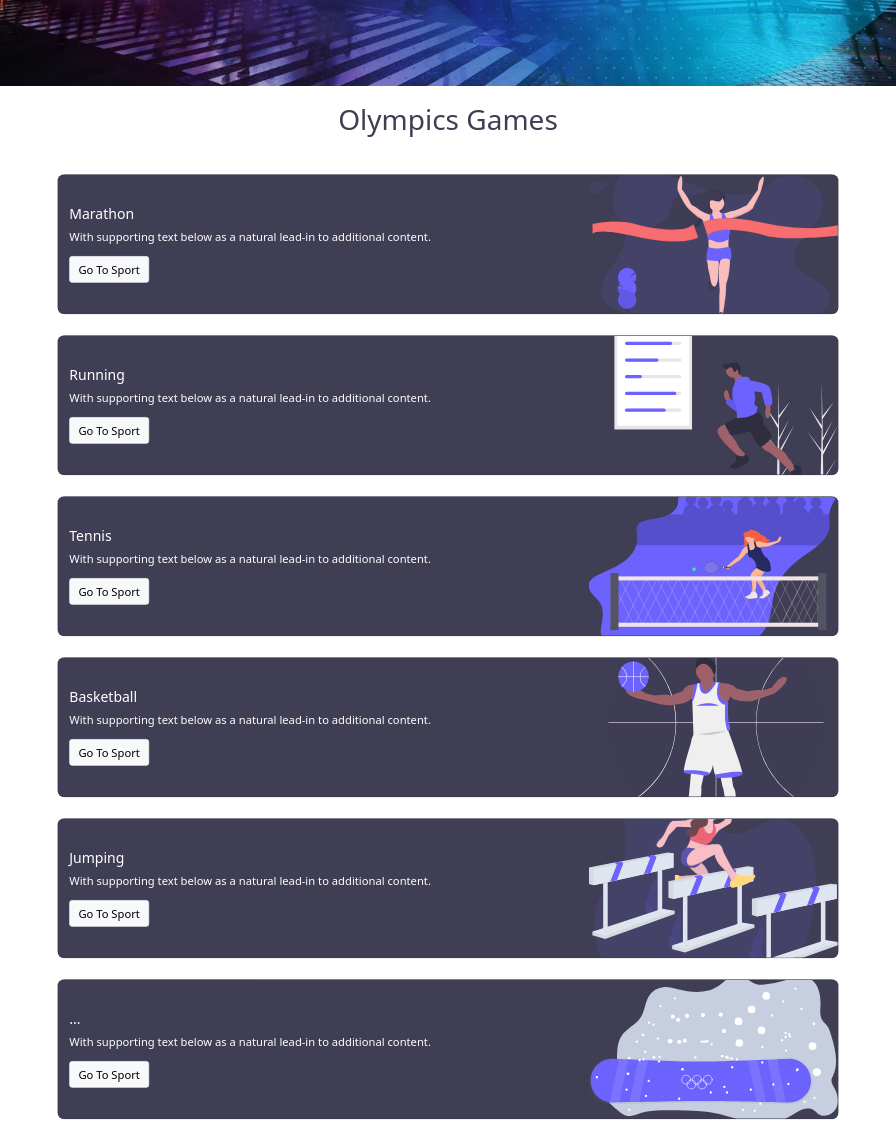
Repository: ahmedazawi/olympic_games
Page: client/views/index.html
These files come from the project's save history. The page is drawn as it stood at one moment and after the next save; the edit follows.
The browser window is 1280 px wide. The pictures show the part of the page from y = 597 to 2517 px (the page is 2226 px tall before and 2584 px after), at 70% of full size.

Above is the page before, as saved 2021-12-24 13:17:06.

### client/views/index.html
<!DOCTYPE html>
<html lang="en">

<head>
    <meta charset="UTF-8">
    <meta http-equiv="X-UA-Compatible" content="IE=edge">
    <meta name="viewport" content="width=device-width, initial-scale=1.0">
    <link href="https://cdn.jsdelivr.net/npm/bootstrap@5.1.3/dist/css/bootstrap.min.css" rel="stylesheet"
        integrity="sha384-1BmE4kWBq78iYhFldvKuhfTAU6auU8tT94WrHftjDbrCEXSU1oBoqyl2QvZ6jIW3" crossorigin="anonymous">
    <link rel="stylesheet" href="/css/index.css">
    <title>Home</title>
</head>

<body>
    <div class="background-img">
        <img src="/images/TOKYO-OLYMPICS-2020-1.jpeg">

    </div>

    <div class="body-container d-flex flex-column align-items-center w-100">
        <h1 class="m-4">Olympics Games</h1>
        <div class="container">
            <div class="row">
                <div class="col-12">
                    <div class="card w-100 d-flex flex-row align-items-center">
                        <div class="card-body">
                            <h5 class="card-title">Marathon</h5>
                            <p class="card-text">With supporting text below as a natural lead-in to additional content.
                            </p>
                            <a href="#" class="btn btn-light ">Go To Sport</a>
                        </div>
                        <div>
                            <img src="/svg/1.svg">
                        </div>
                    </div>

                    <div class="col-12">
                        <div class="card w-100 d-flex flex-row align-items-center">
                            <div class="card-body">
                                <h5 class="card-title">Running</h5>
                                <p class="card-text">With supporting text below as a natural lead-in to additional
                                    content.
                                </p>
                                <a href="#" class="btn btn-light ">Go To Sport</a>
                            </div>
                            <div>
                                <img src="/svg/2.svg">
                            </div>
                        </div>
                    </div>


                    <div class="col-12">
                        <div class="card w-100 d-flex flex-row align-items-center">
                            <div class="card-body">
                                <h5 class="card-title">Tennis</h5>
                                <p class="card-text">With supporting text below as a natural lead-in to additional
                                    content.
                                </p>
                                <a href="#" class="btn btn-light ">Go To Sport</a>
                            </div>
                            <div>
                                <img src="/svg/3.svg">
                            </div>
                        </div>
                    </div>

                    <div class="col-12">
                        <div class="card w-100 d-flex flex-row align-items-center">
                            <div class="card-body">
                                <h5 class="card-title">Basketball</h5>
                                <p class="card-text">With supporting text below as a natural lead-in to additional
                                    content.
                                </p>
                                <a href="#" class="btn btn-light ">Go To Sport</a>
                            </div>
                            <div>
                                <img src="/svg/4.svg">
                            </div>
                        </div>
                    </div>

                    <div class="col-12">
                        <div class="card w-100 d-flex flex-row align-items-center">
                            <div class="card-body">
                                <h5 class="card-title">Jumping</h5>
                                <p class="card-text">With supporting text below as a natural lead-in to additional
                                    content.
                                </p>
                                <a href="#" class="btn btn-light ">Go To Sport</a>
                            </div>
                            <div>
                                <img src="/svg/5.svg">
                            </div>
                        </div>
                    </div>


                    <div class="col-12">
                        <div class="card w-100 d-flex flex-row align-items-center">
                            <div class="card-body">
                                <h5 class="card-title">...</h5>
                                <p class="card-text">With supporting text below as a natural lead-in to additional
                                    content.
                                </p>
                                <a href="#" class="btn btn-light ">Go To Sport</a>
                            </div>
                            <div>
                                <img src="/svg/6.svg">
                            </div>
                        </div>
                    </div>

                </div>
            </div>

            <script src="https://cdn.jsdelivr.net/npm/bootstrap@5.1.3/dist/js/bootstrap.bundle.min.js"
                integrity="sha384-ka7Sk0Gln4gmtz2MlQnikT1wXgYsOg+OMhuP+IlRH9sENBO0LRn5q+8nbTov4+1p"
                crossorigin="anonymous"></script>
</body>

</html>

### client/assets/css/index.css
* {
  --appColor: rgb(63, 62, 85);
}
body {
  color: var(--appColor);
}
.bg-app-color {
  background-color: var(--appColor);
  border: var(--appColor);
}
.font-app-color {
  color: var(--appColor);
}
.background-img > img {
  width: 100%;
}
.body-container .card {
  border-radius: 10px;
  height: 200px;
  background-color: var(--appColor);
  color: white;
  overflow: hidden;
  margin: 30px 0;
}
.body-container .card img {
  width: calc(100px + 20vw);
}

After the next save:
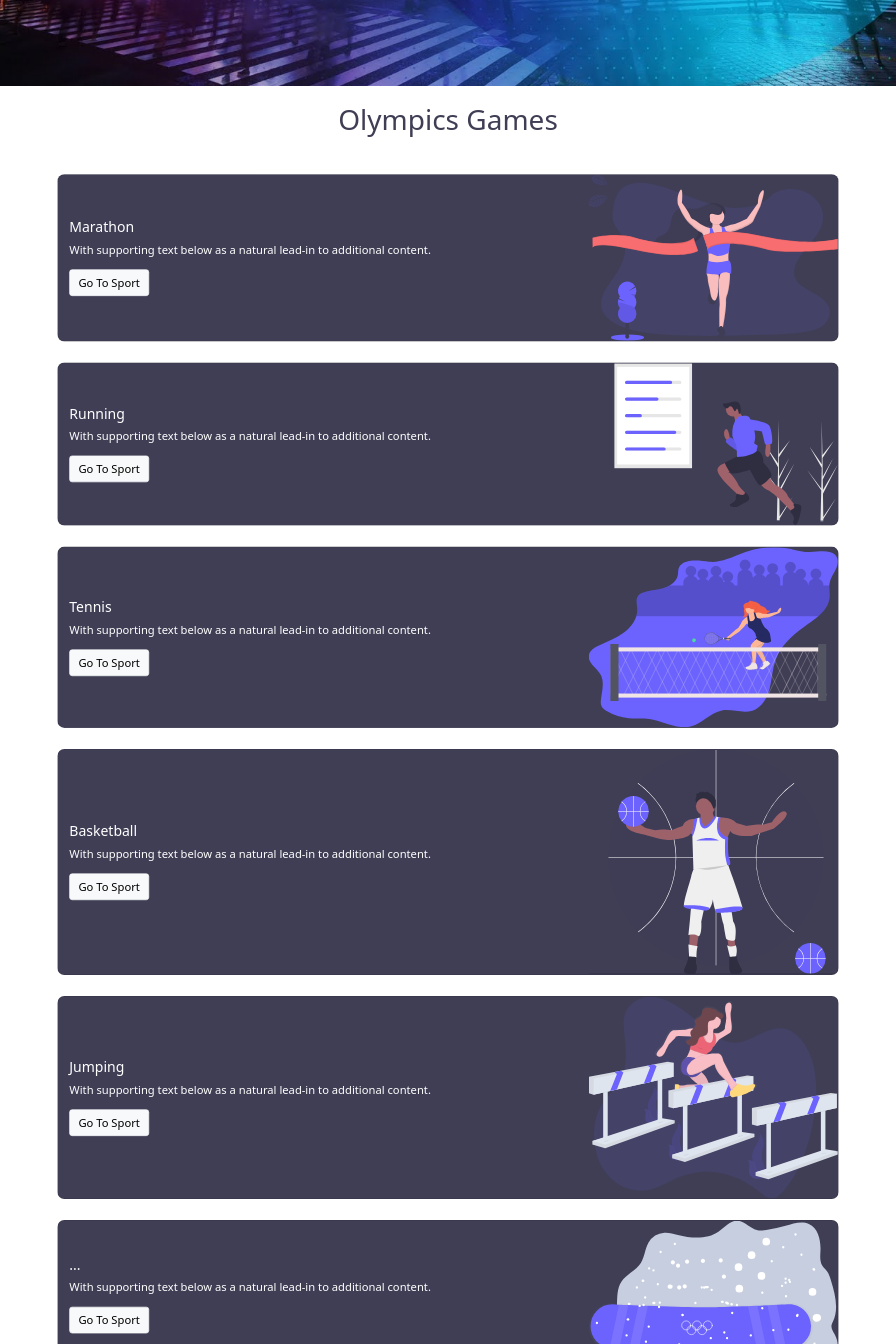
Saved 25 s later.
--- a/client/assets/css/index.css
+++ b/client/assets/css/index.css
@@ -16,7 +16,7 @@
 }
 .body-container .card {
   border-radius: 10px;
-  height: 200px;
+  min-height: 200px;
   background-color: var(--appColor);
   color: white;
   overflow: hidden;
